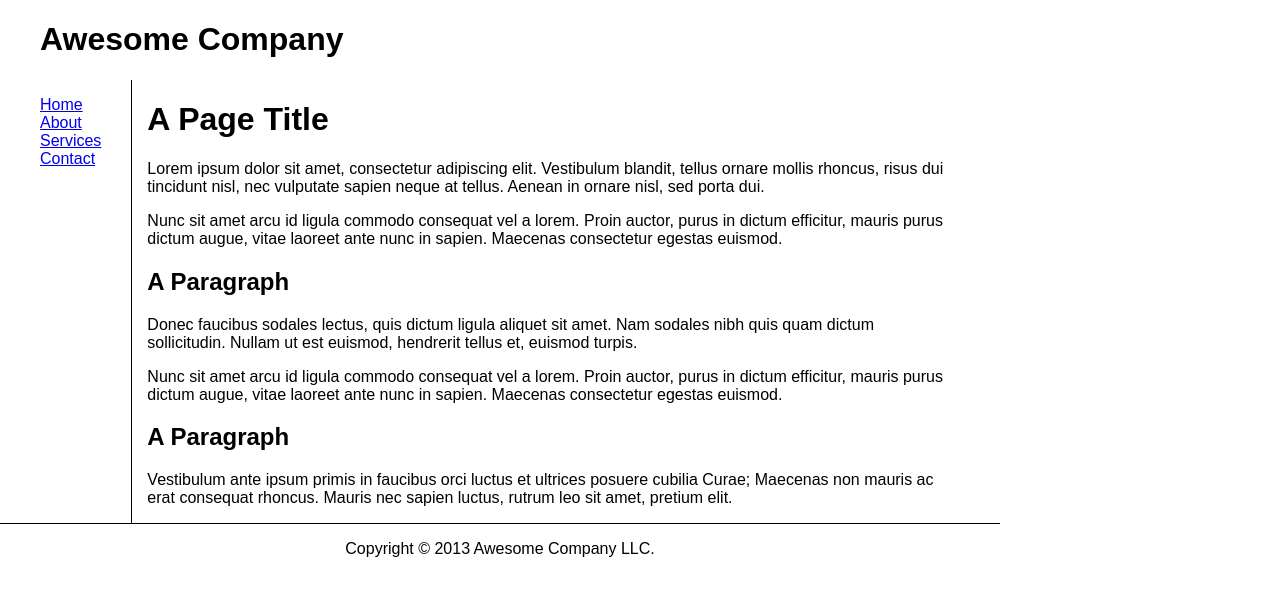
Repository: paircolumbus/DoYouKnowTheDom2
Page: left-hand-nav-drill/index.html
The author's editor kept a record of every edit. The page is drawn from the files as they stood at one moment, then again after the next edit.
The browser window is 1280 px wide. The pictures show the whole page.

Above is the page before.

### left-hand-nav-drill/index.html
<!DOCTYPE html>

<!--DON'T change this file! You should be able to complete this challenge by changing the CSS file only.-->

<html lang="en">
<head>
  <meta charset="UTF-8">
  <title>The Awesome Company</title>
  <link rel="stylesheet" href="bower_components/normalize-css/normalize.css">
  <link rel="stylesheet" href="main.css">
</head>

<body>
  <div class="container">
    <header>
      <h1>Awesome Company</h1>
    </header>

    <nav>
      <ul>
        <li><a href="#">Home</a></li>
        <li><a href="#">About</a></li>
        <li><a href="#">Services</a></li>
        <li><a href="#">Contact</a></li>
      </ul>
    </nav>

    <div class="content">
    <section>
    <h1>A Page Title</h1>
    <p>Lorem ipsum dolor sit amet, consectetur adipiscing elit. Vestibulum blandit, tellus ornare mollis rhoncus, risus dui tincidunt nisl, nec vulputate sapien neque at tellus. Aenean in ornare nisl, sed porta dui.</p>
    <p>Nunc sit amet arcu id ligula commodo consequat vel a lorem. Proin auctor, purus in dictum efficitur, mauris purus dictum augue, vitae laoreet ante nunc in sapien. Maecenas consectetur egestas euismod.</p>
    </section>
    <section>
    <h2>A Paragraph</h2>
    <p>Donec faucibus sodales lectus, quis dictum ligula aliquet sit amet. Nam sodales nibh quis quam dictum sollicitudin. Nullam ut est euismod, hendrerit tellus et, euismod turpis.</p>
    <p>Nunc sit amet arcu id ligula commodo consequat vel a lorem. Proin auctor, purus in dictum efficitur, mauris purus dictum augue, vitae laoreet ante nunc in sapien. Maecenas consectetur egestas euismod.</p>
    </section>
    <section>
    <h2>A Paragraph</h2>
    <p>Vestibulum ante ipsum primis in faucibus orci luctus et ultrices posuere cubilia Curae; Maecenas non mauris ac erat consequat rhoncus. Mauris nec sapien luctus, rutrum leo sit amet, pretium elit.</p>
    </div>

    <footer>
      <p>Copyright &copy; 2013 Awesome Company LLC.</p>
    </footer>
  </div>
</body>

</html>

### left-hand-nav-drill/main.css
.container {
  margin: 0 auto;
  /*Put your code here*/
}

header {
  padding-left: 40px;
}

nav {
  margin-top: 0;
}

ul {
  float: left;
  list-style-type: none;
  padding-right: 30px;
}

.content {
  width: 800px;
  float: left;
  border-left: 1px solid black;
  margin: 0 0 0 0;
  padding: 0 0 0 15px;
}

footer {
  clear: both;
  width: 1000px;
  border-top: 1px solid black;
}

footer > p {
  text-align: center;
}
/* & here */

Loaded but not shown: left-hand-nav-drill/bower_components/normalize-css/normalize.css (library)

After the next edit:
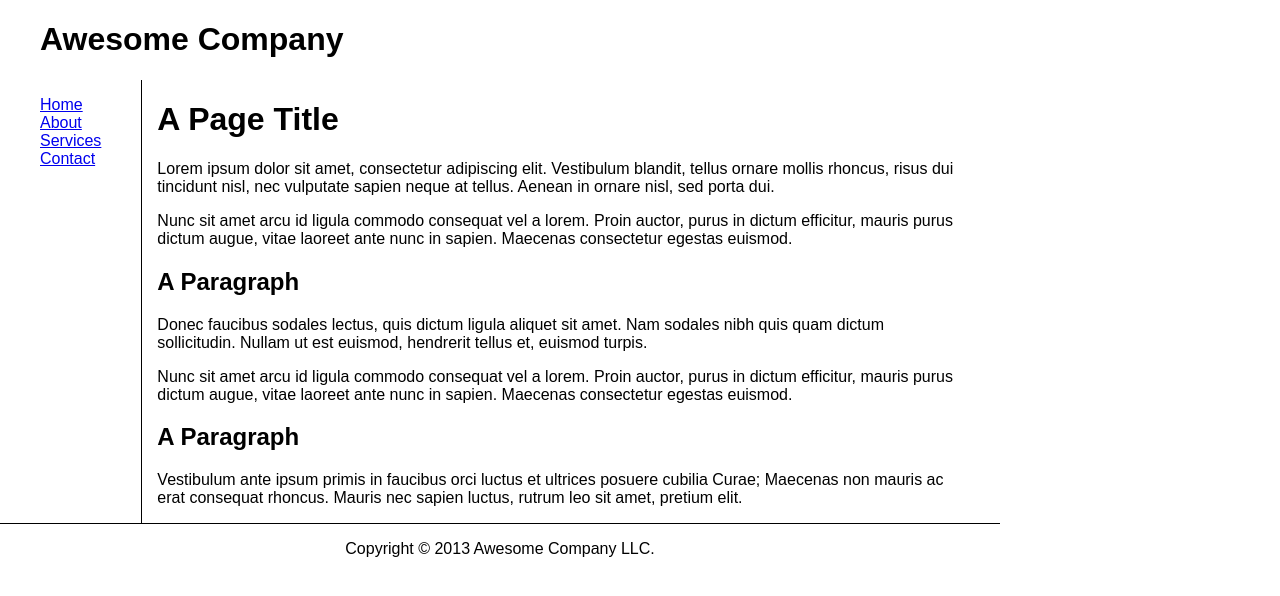
The edit:
--- a/left-hand-nav-drill/main.css
+++ b/left-hand-nav-drill/main.css
@@ -14,7 +14,7 @@
 ul {
   float: left;
   list-style-type: none;
-  padding-right: 30px;
+  padding-right: 40px;
 }
 
 .content {
